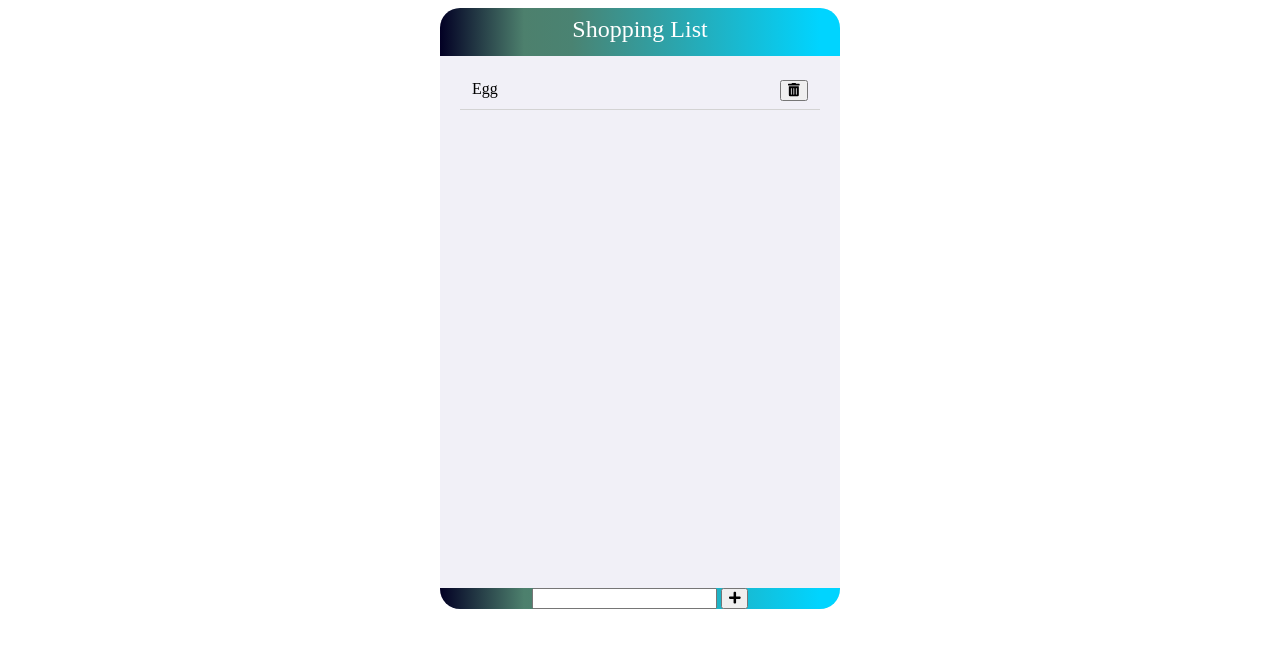
Repository: woojinShim/Browser-Study
Page: shopping/index.html
The author's editor kept a copy of each file at every save. The page is drawn from the files as they stood at one save, then again after the next save.
The browser window is 1280 px wide. The pictures show the whole page.

Above is the page before, as saved 2022-02-06 21:11:12.

### shopping/index.html
<!DOCTYPE html>
<html lang="en">
<head>
    <meta charset="UTF-8">
    <meta http-equiv="X-UA-Compatible" content="IE=edge">
    <meta name="viewport" content="width=device-width, initial-scale=1.0">
    <title>Document</title>
    <script src="main.js" defer></script>
    <link rel="stylesheet" href="style.css">
    <script src="https://use.fontawesome.com/releases/v5.15.4/js/all.js" data-auto-replace-svg="nest"></script>
</head>
<body>
    <section class="list">
        <header class="header">Shopping List</header>
        <ul class="items">
            <li class="item__row">
                <div class="item">
                    <span class="item__name">Egg</span>
                    <button class="item__delete"><i class="fas fa-trash-alt"></i></button>
                </div>
                <div class="item__divider"></div>
            </li>

        </ul>
        <footer class="footer">
            <input type="text" class="footer__input">
            <button class="footer__button"><i class="fas fa-plus"></i></button>
        </footer>
    </section>
</body>
</html>

### shopping/style.css
* {
  box-sizing: border-box;
}

ul {
  padding: 0;
}

body {
  background-color: ced3df;
  text-align: center;
}

.list {
  width: 400px;
  margin: auto;
  background-color: #f1f0f7;
  border-radius: 20px;
}

.header {
  height: 48px;
  padding: 8px;
  font-size: 24px;
  background: rgb(2, 0, 36);
  background: linear-gradient(
    90deg,
    rgba(2, 0, 36, 1) 0%,
    rgba(77, 128, 109, 1) 21%,
    rgba(74, 131, 114, 1) 33%,
    rgba(0, 212, 255, 1) 95%
  );
  border-radius: 20px 20px 0 0;
  color: white;
}

.items {
  height: 500px;
  overflow-y: auto;
}

.item {
  display: flex;
  justify-content: space-between;
  padding: 8px 32px;
}

.item__delete {
  cursor: pointer;
}

.item__divider {
  width: 90%;
  height: 1px;
  background-color: lightgray;
  margin: auto;
}

.footer {
  background: rgb(2, 0, 36);
  background: linear-gradient(
    90deg,
    rgba(2, 0, 36, 1) 0%,
    rgba(77, 128, 109, 1) 21%,
    rgba(74, 131, 114, 1) 33%,
    rgba(0, 212, 255, 1) 95%
  );
  border-radius: 0 0 20px 20px;
}

Loaded but not shown: shopping/main.js (no stored copy; drawn as an empty file)

After the next save:
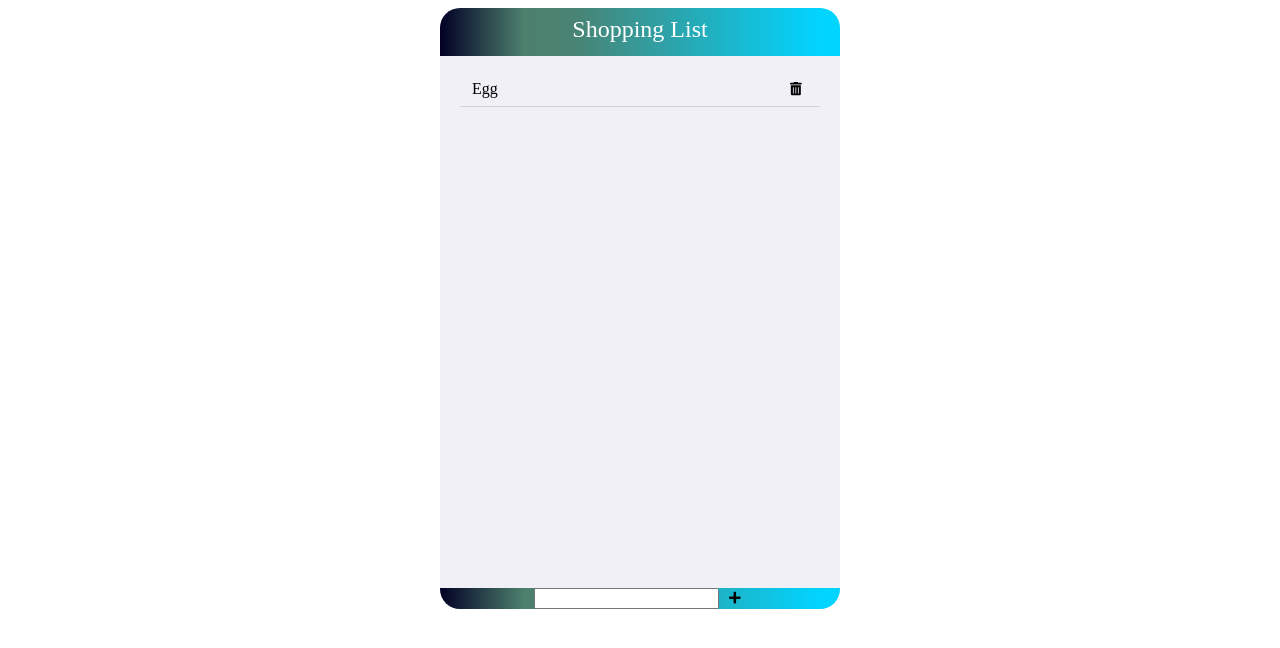
Saved 49 s later.
--- a/shopping/style.css
+++ b/shopping/style.css
@@ -4,6 +4,13 @@
 
 ul {
   padding: 0;
+}
+
+button {
+  outline: none;
+  background: transparent;
+  border: none;
+  cursor: pointer;
 }
 
 body {
